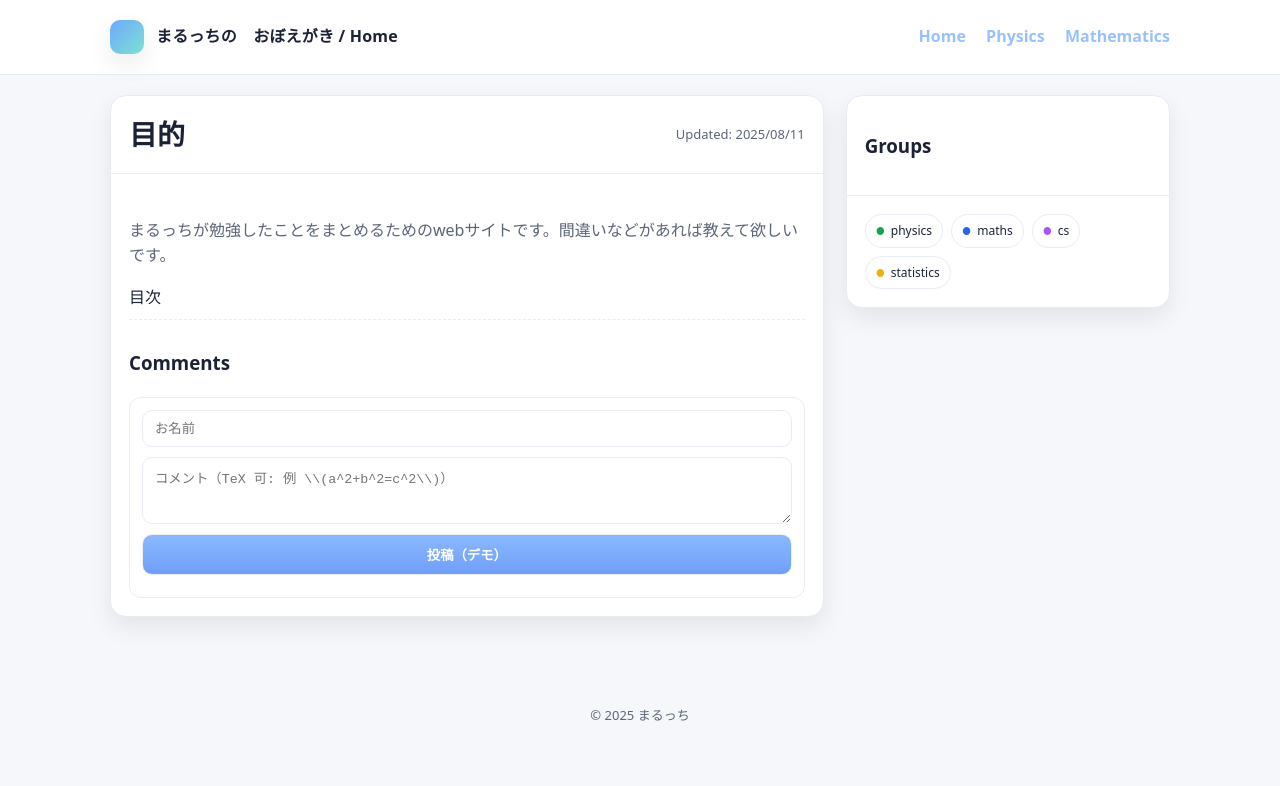
Repository: Riki-Mochimaru/tureduretunedune
Page: index.html
The author's editor kept a copy of each file at every save. The page is drawn from the files as they stood at one save, then again after a run of saves.
The browser window is 1280 px wide. The pictures show the whole page.

Above is the page before, as saved 2025-08-11 23:19:34.

After the next 7 saves:
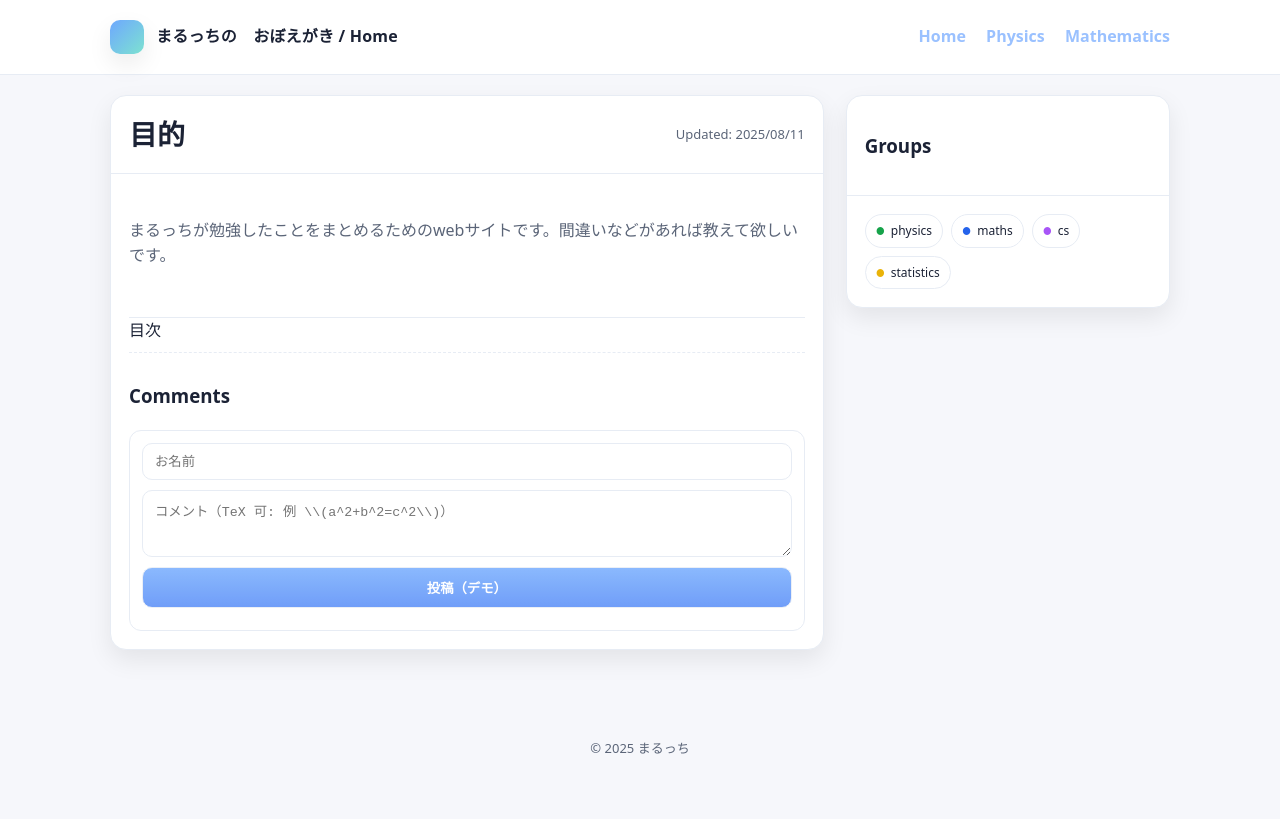
The 7 saves are shown as one change because they came seconds apart.
The last was saved 19 s later.
--- a/index.html
+++ b/index.html
@@ -35,6 +35,7 @@
 
             <!-- <h3>数式の例</h3>
             <div class="math">\\[ E = mc^2 \\]</div> -->
+            <div class="hd"></div>
             <! -- <h2>目次</h2>
 
             <section class="comments">
